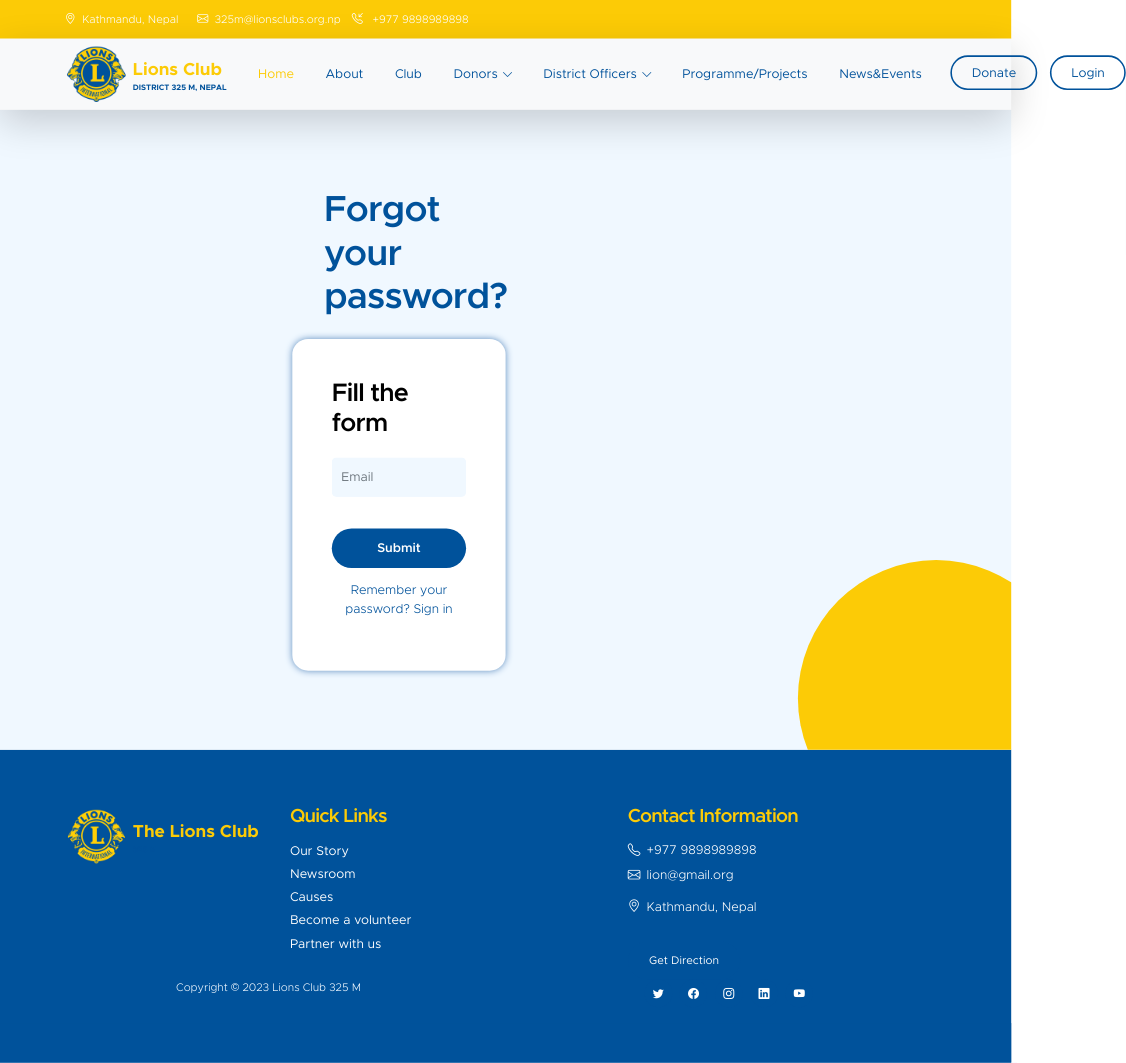
Repository: sandhya8109/Lions
Page: http://localhost/forget.php
An editor plug-in stored every save of this project. The page is shown before and after the next save, followed by the edit.
The browser window is 1280 px wide. The page is 1425 px wide, so the pictures cover 1425 px, including what lies to the right of the window. The pictures show the whole page, at 79% of full size.
The page is run by PHP 8.4 with error messages shown; the project is at /var/www/html/.

Above is the page before, as saved 2023-06-18 14:02:59.
Console error: TypeError: Cannot read properties of undefined (reading 'top')

After the next save:
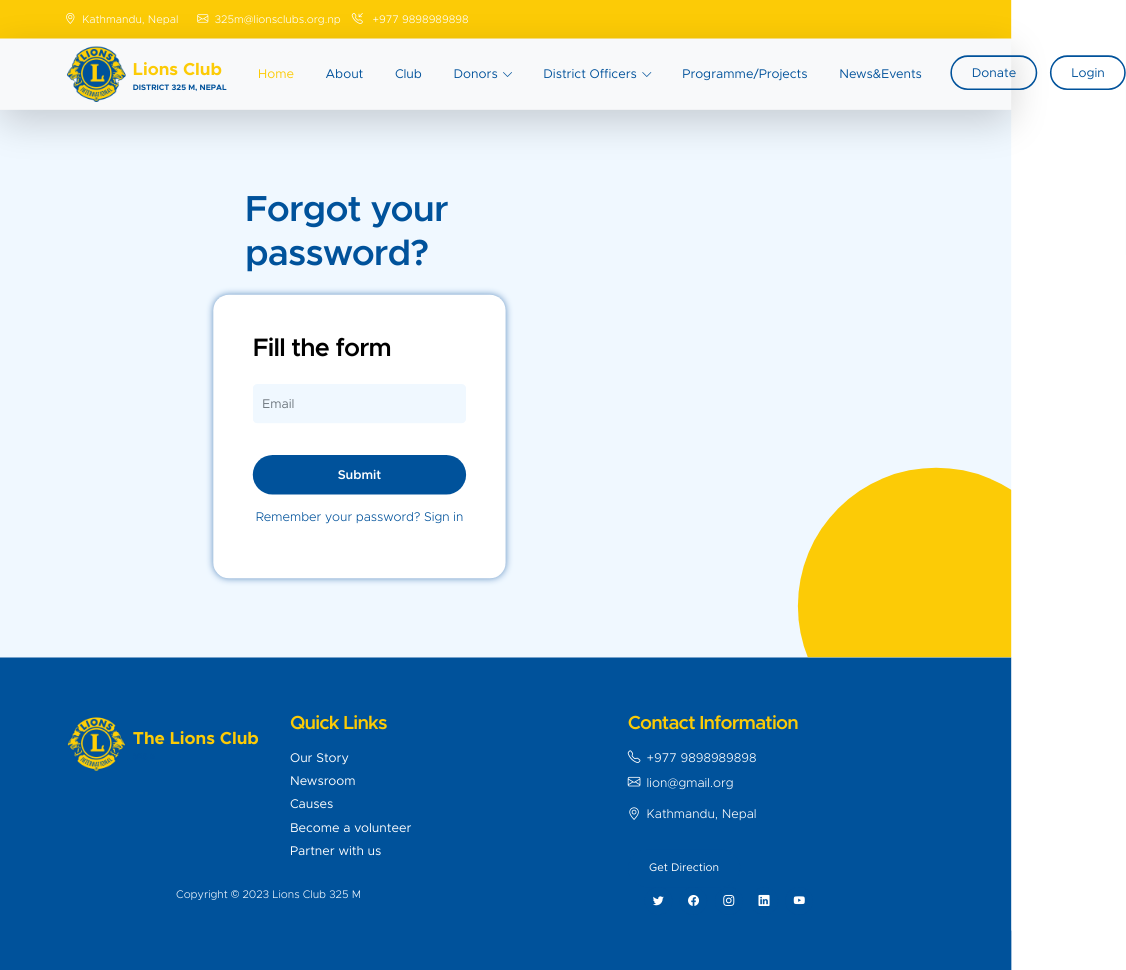
Saved 8 s later.
--- a/forget.php
+++ b/forget.php
@@ -5,7 +5,7 @@
     <div class="container">
         <div class="row">
 
-            <div class="col-lg-6 col-12" style=" padding-left:300px; padding-right:0px;">
+            <div class="col-lg-6 col-12" style=" padding-left:200px; padding-right:0px;">
                 <h2 class="mb-4" style="color:#00529b; padding-left:40px; ">Forgot your password?</h2>
                 <form class="custom-form volunteer-form mb-5 mb-lg-0" action="#" method="post" role="form"
                     style="box-shadow: 0 0 9px rgb(91, 139, 190);">
